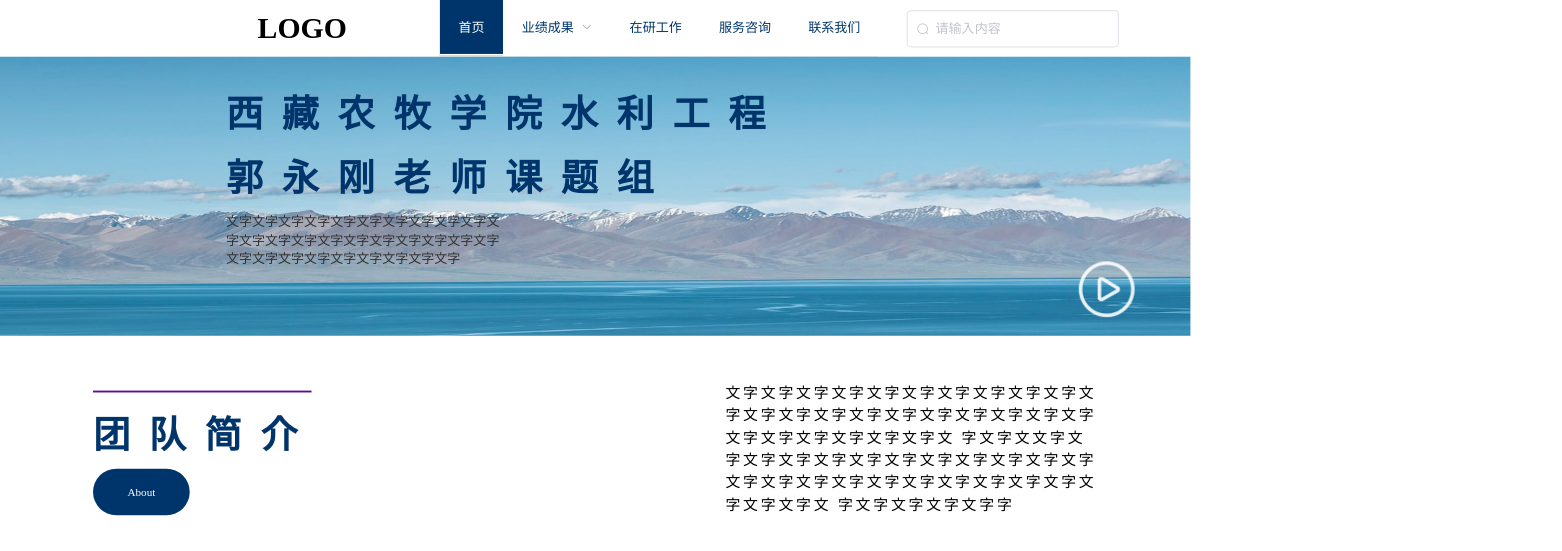
Repository: BLSY/xzust
Page: /
The author's editor kept a copy of each file at every save. The page is drawn from the files as they stood at one save, then again after the next save.
The browser window is 1280 px wide. The page is 1280 px wide, then 1680 px, so the pictures cover 1680 px, including what lies to the right of the window. The pictures show the whole page, at 93% of full size.
The project was rebuilt for these pictures with package versions that can differ from the ones it lists, and the page was loaded fresh each time.

Above is the page before, as saved 2022-11-27 08:50:06.

### index.html
<!DOCTYPE html>
<html>
  <head>
    <meta charset="utf-8">
    <meta name="viewport" content="width=device-width,initial-scale=1.0">
    <title>student</title>
  </head>
  <body style="margin:0;">
    <div id="app"></div>
    <!-- built files will be auto injected -->
  </body>
</html>

### src/main.js
// The Vue build version to load with the `import` command
// (runtime-only or standalone) has been set in webpack.base.conf with an alias.
import Vue from 'vue'
import App from './App'
import ElementUI from 'element-ui';
import 'element-ui/lib/theme-chalk/index.css';
import router from './router'

Vue.use(ElementUI);
Vue.config.productionTip = false

/* eslint-disable no-new */
new Vue({
  el: '#app',
  router,
  components: { App },
  template: '<App/>'
})

### src/App.vue
<template>
  <div id="app">
    <router-view/>
  </div>
</template>

<script>
export default {
  name: 'App'
}
</script>

<style>
#app {

}
</style>

### src/components/HelloWorld.vue
<template>
  <div class="indexBox">
    <div class="nav">
      <div class="login">LOGO</div>
      <div class="navList">
        <el-menu
          :default-active="activeIndex2"
          class="el-menu-demo"
          mode="horizontal"
          @select="handleSelect"
          background-color="#fff"
          text-color="#00356B"
          active-text-color="#fff"
        >
          <el-menu-item index="1">首页</el-menu-item>
          <el-submenu index="2">
            <template slot="title">业绩成果</template>
            <el-menu-item index="2-1">选项1</el-menu-item>
            <el-menu-item index="2-2">选项2</el-menu-item>
            <el-menu-item index="2-3">选项3</el-menu-item>
          </el-submenu>
          <el-menu-item index="3">在研工作</el-menu-item>
          <el-menu-item index="4">服务咨询</el-menu-item>
          <el-menu-item index="5">联系我们</el-menu-item>
        </el-menu>
      </div>
      <div class="serch">
        <el-input
          placeholder="请输入内容"
          prefix-icon="el-icon-search"
          v-model="input2"
        >
        </el-input>
      </div>
    </div>
    <div class="top">
      <div class="toptext">
        <h3 class="h-text">西藏农牧学院水利工程</h3>
        <h3 class="h-text" >郭永刚老师课题组</h3>
        <div class="detil">
          文字文字文字文字文字文字文字文字文字文字文字文字文字文字文字文字文字文字文字文字文字文字文字文字文字文字文字文字文字文字
        </div>

      </div>
      <div class="starvidio">
        </div>
    </div>
    <div class="team">
      <div class="team-left">
        <div class="line"></div>
        <h3 class="team-title">团队简介</h3>
        <div class="team-icon">About</div>
      </div>
      <div class="team-right">
        <div class="right-text">
          文字文字文字文字文字文字文字文字文字文字文字文字文字文字文字文字文字文字文字文字文字文字文字文字文字文字文字文
          字文字文文字文字文字文字文字文字文字文字文字文字文字文字文字文字文字文字文字文字文字文字文字文字文字文字文字文
          字文字文字文字文字字
        </div>

      </div>
    </div>
  </div>
</template>

<script>
export default {
  name: "HelloWorld",
  data() {
    return {
      activeIndex2: "1",
      input2: "",
    };
  },
  props: {
    msg: String,
  },
  methods: {
    handleSelect(key, keyPath) {
      console.log(key, keyPath);
    },
  },
};
</script>

<!-- Add "scoped" attribute to limit CSS to this component only -->
<style scoped >
*{
  list-style: none;
}
h3{
  margin: 0;
  padding: 0;
  margin: 10px 0;
}
.indexBox {
  width: 100%;
  height: 100%;
  position: relative;
  overflow: auto;
}
.nav {
  width: 100%;
  display: flex;
  align-items: center;
  justify-content: center;
}
.login {
  display: inline-block;
  font-size: 32px;
  font-weight: bold;
  font-family: MicrosoftYaHei;
  margin-left: 200px;
  margin-right: 100px;
}
.navList{
  display: inline-block;
}
.serch{
  display: inline-block;
  margin-left:30px ;
}
.el-menu-item.is-active{
  background: #00356B !important;
}
.top{
  box-sizing: border-box;
  background: url(../assets/topbackg.jpg) no-repeat ;
  background-size:100% 100% ;
  position: relative;
  width: 100%;
  height: 300px;
  text-align: center;
  overflow: hidden;
}
  .toptext{
    display: inline-block;
    margin-top: 20px;
    min-width: 794px;
    text-align: left;
  }
  .h-text{
    color: #00356B;
    font-size: 40px;
    letter-spacing:20px;
  }
  .detil{
    display: inline-block;
    width:300px;
    font-size: 14px;
    text-align: left;
    color:#333;
  }
  .starvidio{
    background: url(../assets/bapfang.png) no-repeat;
    background-size:100% 100% ;
    position: absolute;
    bottom: 20px;
    right: 60px;
    height: 60px;
    width: 60px;
  }
  .team{
    height: 240px;
    width:100%;
    display: flex;
    flex-direction: row;
    align-items: center;
    justify-content: space-between;
    padding: 0 100px;
  }
  .team-left{
    width: 500px;
    text-align: cente;
  }
  .team-right{
    width: 600px;
  }
  .right-text{
    width: 400px;
    text-align: left;
   letter-spacing:3px;
  }
  .team-title{
    color: #00356B;
    font-size: 40px;
    letter-spacing:20px;
  }
  .line{
    display: inline-block;
    margin: auto;
    width: 233px;
    border: 1px solid #5D0E8B;
  }
  .team-icon{
    text-align: center;
    width: 104px;
    height: 50px;
    line-height: 50px;
    color: #fff;
    font-size: 12px;
    background: #00356B;
    border-radius: 25px;
  }
</style>

Loaded but not shown: src/router/index.js (common file)

After the next save:
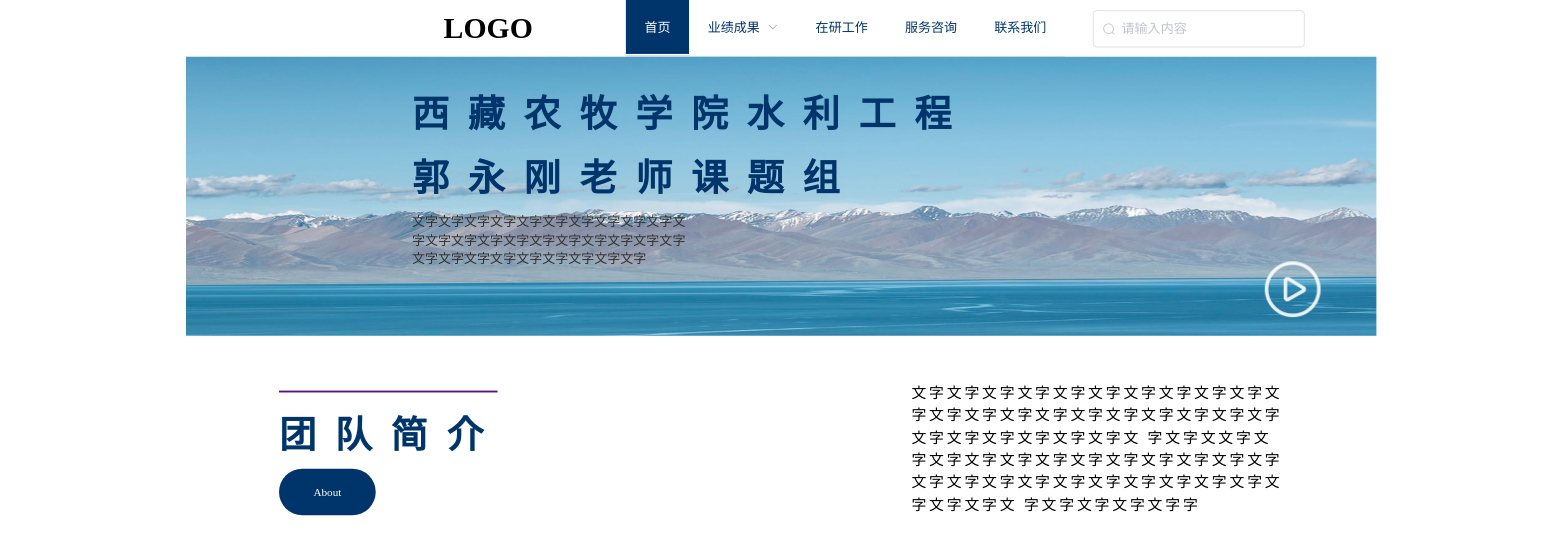
Saved 3 min 8 s later.
--- a/src/components/HelloWorld.vue
+++ b/src/components/HelloWorld.vue
@@ -98,6 +98,7 @@ h3{
   height: 100%;
   position: relative;
   overflow: auto;
+  padding: 0 200px;
 }
 .nav {
   width: 100%;
